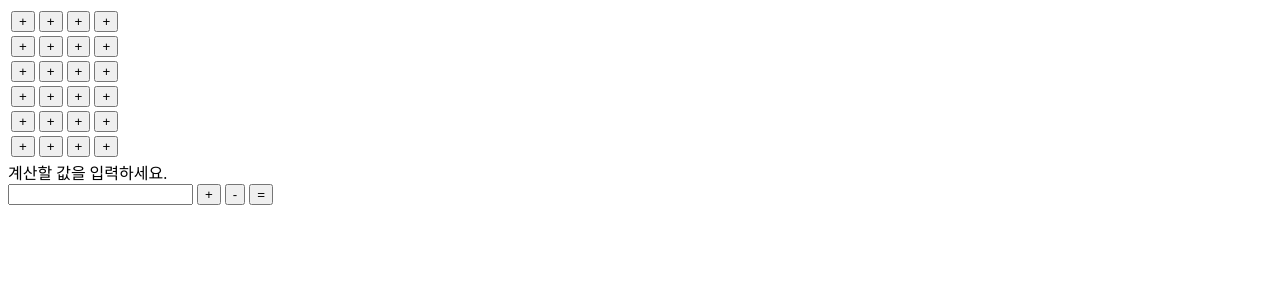
Repository: kwondam/servlet
Page: workspace/JSPPrj/WebContent/calc3.html
The author's editor kept a copy of each file at every save. The page is drawn from the files as they stood at one save, then again after the next save.
The browser window is 1280 px wide. The pictures show the whole page.

Above is the page before, as saved 2020-03-26 13:15:34.

After the next save:
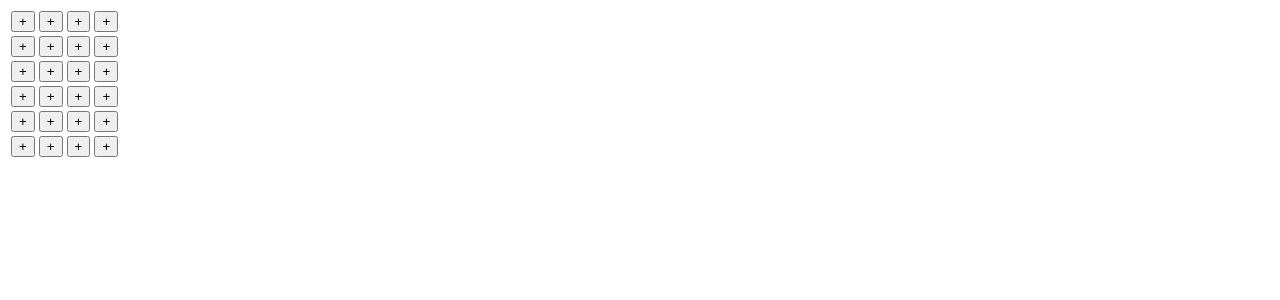
Saved 20 s later.
--- a/workspace/JSPPrj/WebContent/calc3.html
+++ b/workspace/JSPPrj/WebContent/calc3.html
@@ -44,13 +44,6 @@
 				<td><input type="submit" name="operator" value="+"/></td>
 			</tr>
 		</table>
-	<div> 계산할 값을 입력하세요.</div>
-	<div>
-		<input type="text" name="v"/>
-		<input type="submit" name="operator" value="+"/>
-		<input type="submit" name="operator" value="-"/>
-		<input type="submit" name="operator" value="="/>
-	</div>
 	</form>
 </body>
 </html>
